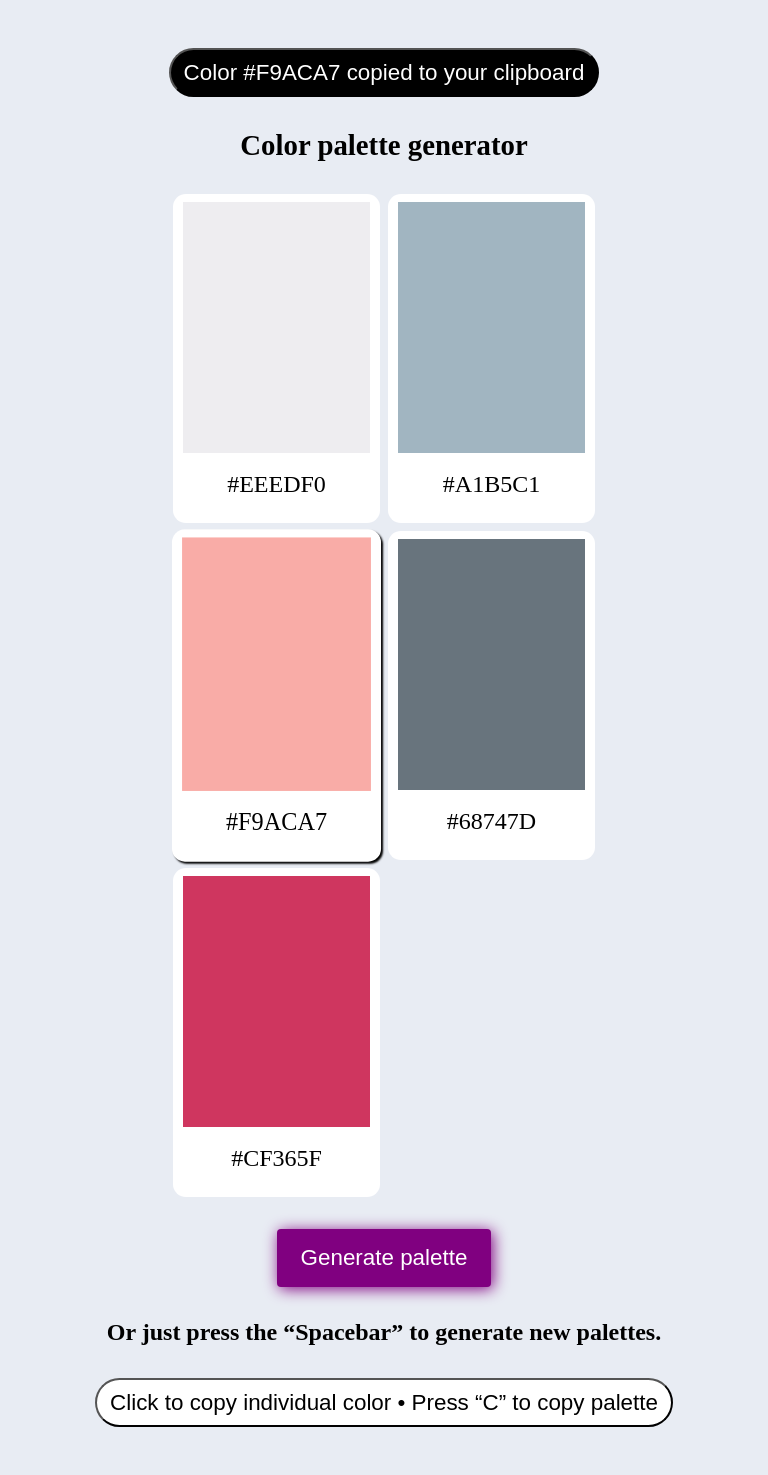
Repository: Hcmwebs/Color-Palette-Generator
Page: index.html
An editor plug-in stored every save of this project. The page is shown before and after the next save, followed by the edit.
The browser window is 768 px wide. The pictures show the whole page.

Above is the page before, as saved 2020-07-07 12:29:03.

After the next save:
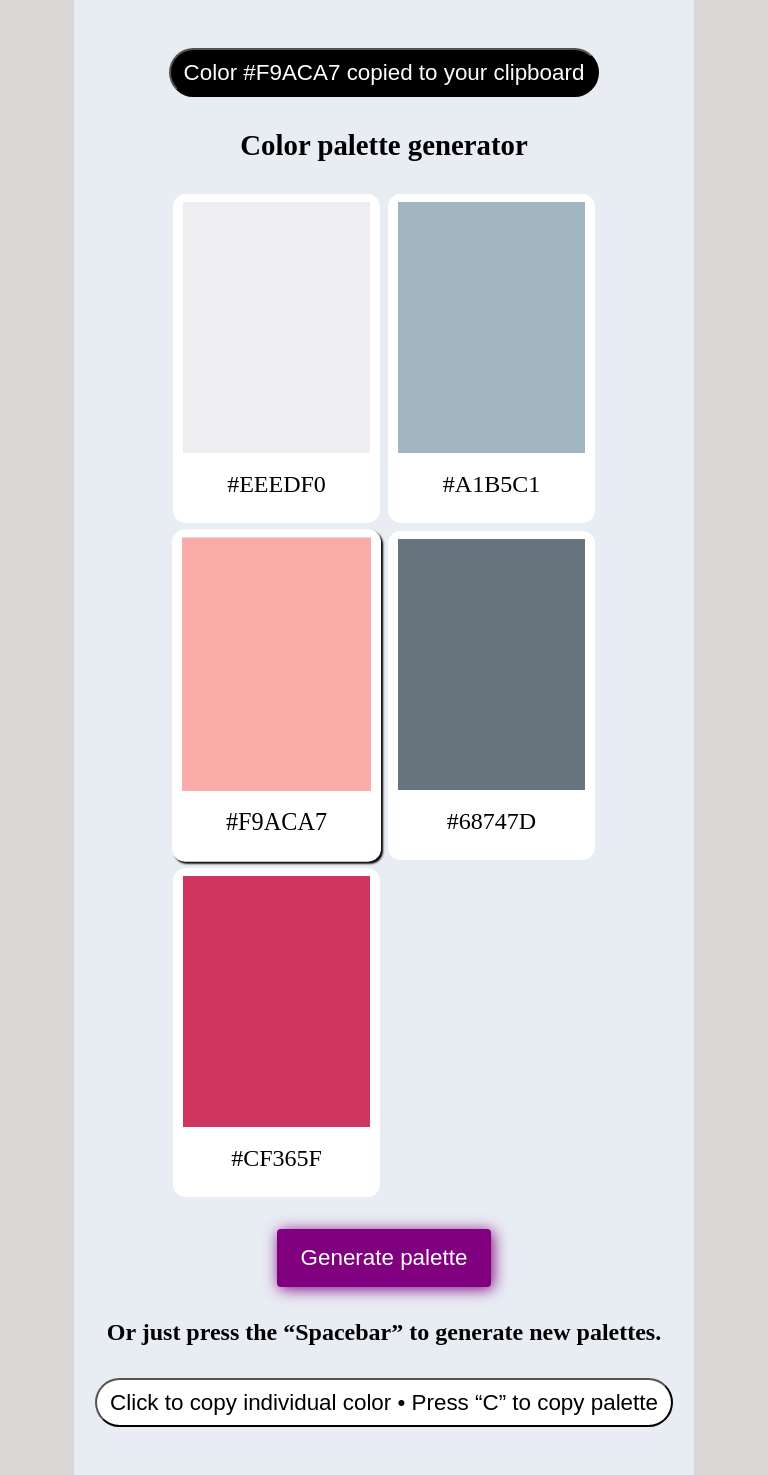
Saved 98 s later.
--- a/styles.css
+++ b/styles.css
@@ -127,7 +127,7 @@ h3{
 @media(max-width: 900px){
     .container{
         min-width: 620px;
-        width: 100%;
+        width: 80%;
     }
     .card{
         grid-template-columns: repeat(2, 1fr);
